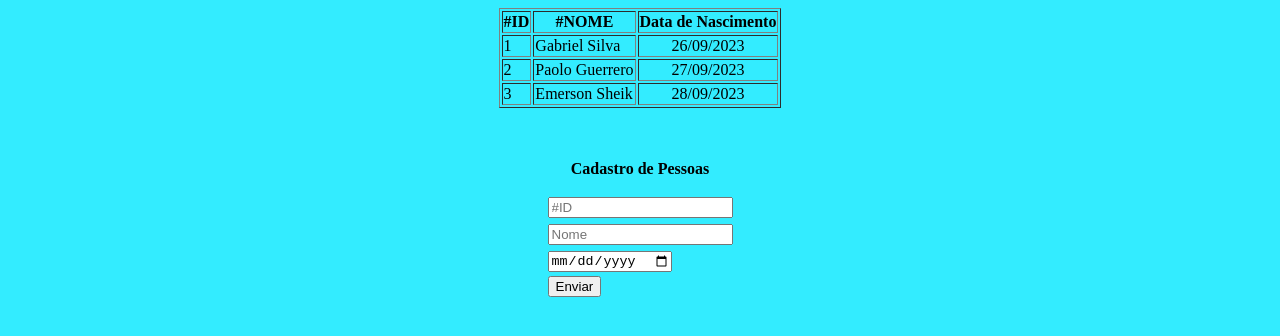
Repository: gabrielsilva9810/FATEC_LABEngSoftware
Page: http://localhost/ExemploHTML/
An editor plug-in stored every save of this project. The page is shown before and after the next save, followed by the edit.
The browser window is 1280 px wide. The pictures show the whole page.
The page is served by Tomcat 9.

Above is the page before, as saved 2023-08-26 13:39:05.

### ExemploHTML/src/main/webapp/index.html
<!DOCTYPE html>
<html>

<head>
	<meta charset="UTF-8">
	<link rel="stylesheet" href="./css/styles.css">
	<title>Exemplo HTML</title>
</head>

<body>
	<div align="center">

		<table border=1>
			<thead>
				<tr>
					<th><b> #ID</b></th>
					<th><b> #NOME</b></th>
					<th><b> Data de Nascimento</b></th>
				</tr>
			</thead>
			<tbody>
				<tr>
					<td>1</td>
					<td>Gabriel Silva</td>
					<td align="center">26/09/2023</td>
				</tr>

				<tr>
					<td>2</td>
					<td>Paolo Guerrero</td>
					<td align="center">27/09/2023</td>
				</tr>

				<tr>
					<td>3</td>
					<td>Emerson Sheik</td>
					<td align="center">28/09/2023</td>
				</tr>


			</tbody>
		</table>

		<br />
		<br />

		<div align="center">

			<form action="https://leandrocolevati.com.br/" method="post">

				<p><b> Cadastro de Pessoas</b></p>



			<table>
				<tr>

					<td>
						<input type="number" min="0" step="1" id="id" name="id" placeholder="#ID" required="required">

					</td>
				<tr>

				</tr>
				<td>
					<input type="text" id="nome" name="nome" placeholder="Nome" required="required">

				</td>

				<tr>

				</tr>
				<td>
					<input type="date" id="id" name="dataNasc" placeholder="Data de Nascimento" required="required">

				</td>

				</tr>

				<tr>
					<td>
						<input type="submit" id="enviar" name="enviar" value="Enviar">
					</td>
				</tr>

			</table>

			</form>


		</div>

	</div>
</body>

</html>

### ExemploHTML/src/main/webapp/css/styles.css
@charset "UTF-8";

body{
	background-color: #33ECFF;
}

After the next save:
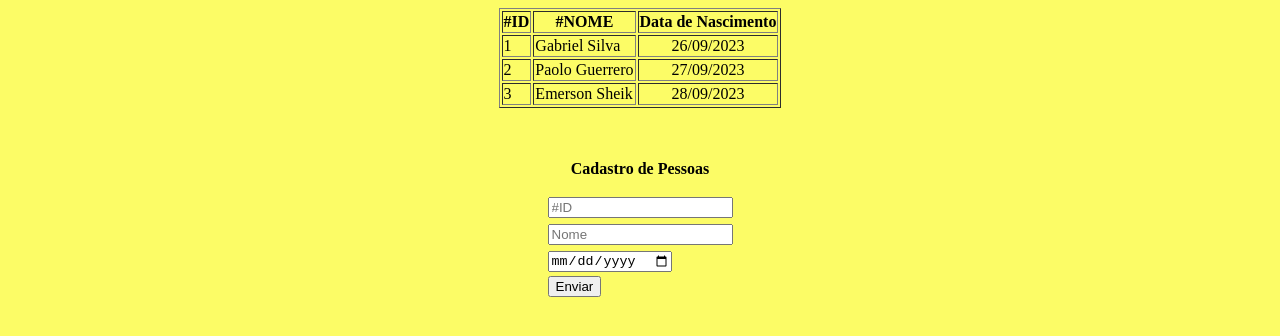
Saved 80 s later.
--- a/ExemploHTML/src/main/webapp/css/styles.css
+++ b/ExemploHTML/src/main/webapp/css/styles.css
@@ -1,5 +1,5 @@
 @charset "UTF-8";
 
 body{
-	background-color: #33ECFF;
+	background-color: #FCFC66;
 }
